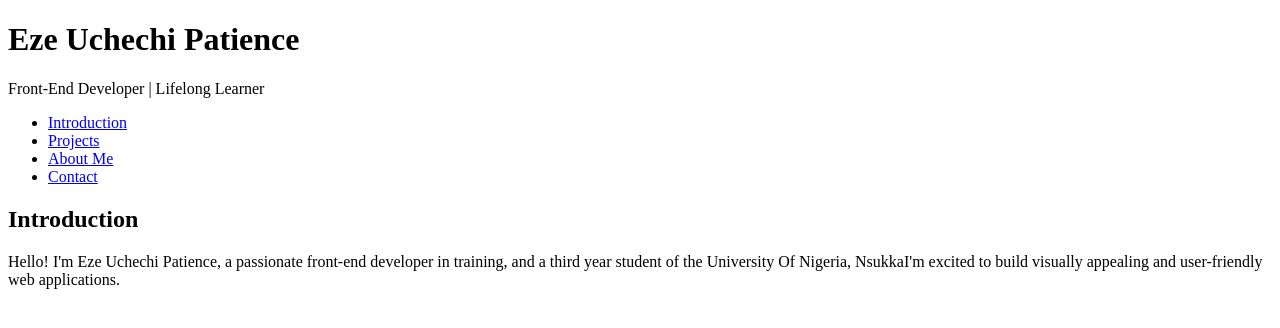
Repository: Patience225/My_First_Portfolio
Page: Portfolio/index.html
These files come from the project's save history. The page is drawn as it stood at one moment and after the next save; the edit follows.
The browser window is 1280 px wide. The pictures show the whole page.

Above is the page before, as saved 2024-12-16 13:08:56.

### Portfolio/index.html
<!DOCTYPE html>
<html lang="en">
<head>
    <meta charset="utf-8">
    <title>Eze Uchechi Patience - Personal Portfolio</title>
</head>
<body>
    <header>
        <h1>Eze Uchechi Patience</h1>
        <p>Front-End Developer | Lifelong Learner</p>
    </header>
    <nav>
      <ul>
        <li><a href="#introduction">Introduction</a></li>
        <li><a href="#projects">Projects</a></li>
        <li><a href="#about">About Me</a></li>
        <li><a href="#contact">Contact</a></li>
    </ul>
    </nav>
    <section id="introduction">
      <h2>Introduction</h2>
    <p>Hello! I'm Eze Uchechi Patience, a passionate front-end developer in training, and a third year student of the University Of Nigeria, NsukkaI'm excited to build visually appealing and user-friendly web applications.</p>
    </section>
    <section id="projects"></section>
    <section id="about"></section>
    <section id="contact"></section>
    <footer>

    </footer>
</body>
</html>

After the next save:
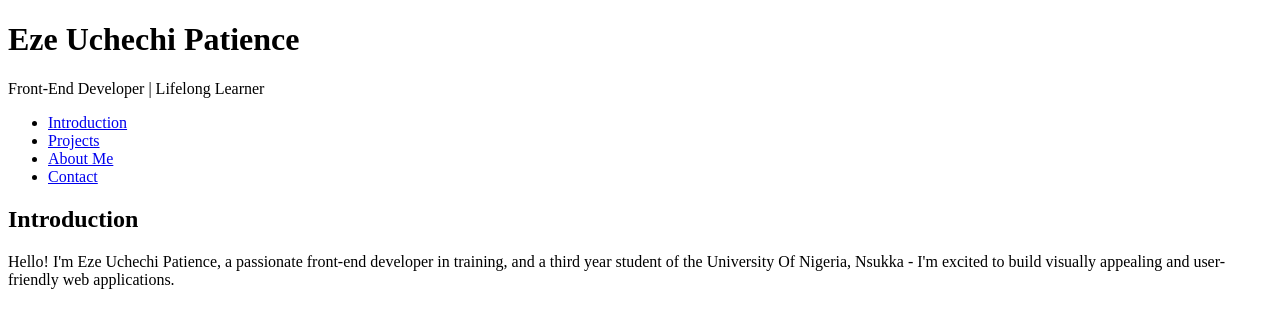
Saved 8 s later.
--- a/Portfolio/index.html
+++ b/Portfolio/index.html
@@ -19,7 +19,7 @@
     </nav>
     <section id="introduction">
       <h2>Introduction</h2>
-    <p>Hello! I'm Eze Uchechi Patience, a passionate front-end developer in training, and a third year student of the University Of Nigeria, NsukkaI'm excited to build visually appealing and user-friendly web applications.</p>
+    <p>Hello! I'm Eze Uchechi Patience, a passionate front-end developer in training, and a third year student of the University Of Nigeria, Nsukka - I'm excited to build visually appealing and user-friendly web applications.</p>
     </section>
     <section id="projects"></section>
     <section id="about"></section>
